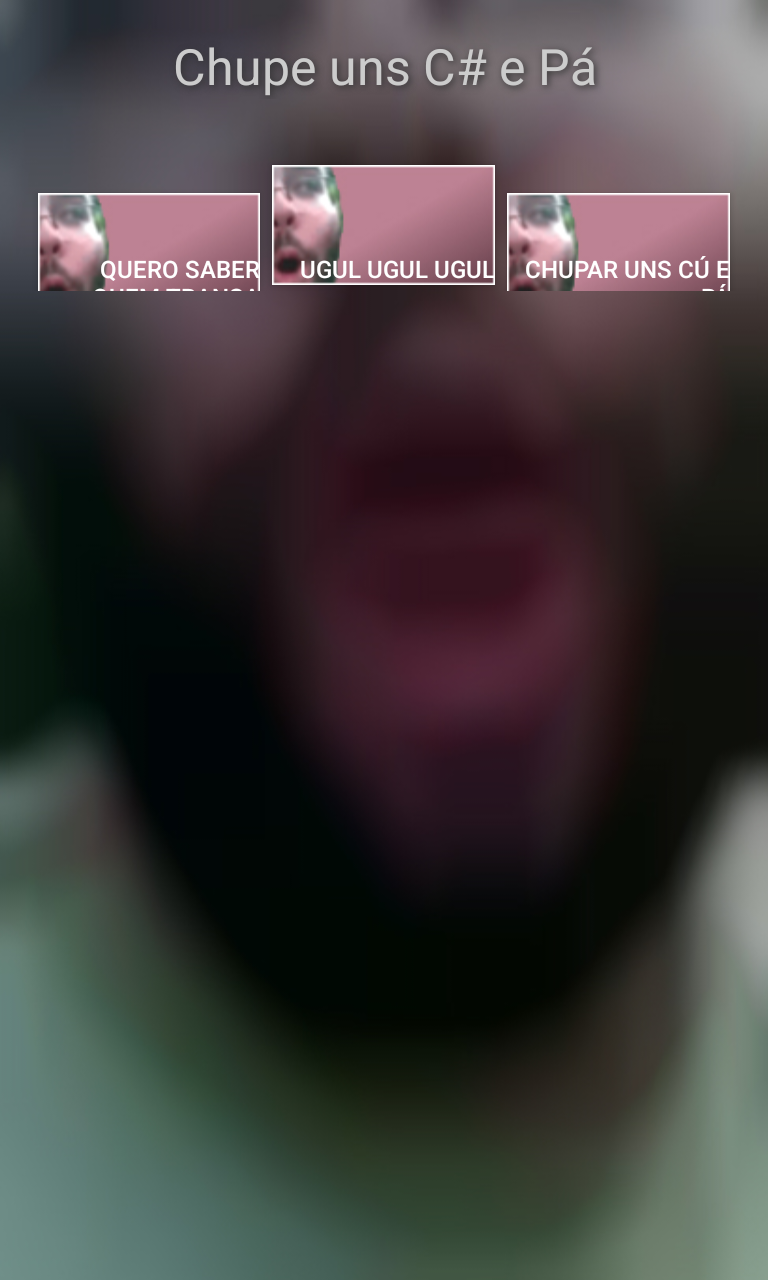
Repository: Cookahn/bioca_sounds
Layout: ChicoBiocaApp/res/layout/remix_activity.xml
The author's editor kept a copy of each file at every save. The layout is drawn from the files as they stood at one save, then again after the next save.
It is drawn on a 768 x 1280 px phone screen (xhdpi) without system bars, with theme AppTheme; the app's code is not run.

Above is the layout before, as saved 2014-08-12 14:30:20.

### ChicoBiocaApp/res/layout/remix_activity.xml
<?xml version="1.0" encoding="utf-8"?>
<LinearLayout xmlns:android="http://schemas.android.com/apk/res/android"
    android:layout_width="match_parent"
    android:layout_height="match_parent"
    android:background="@drawable/backgroundtofuck"
    android:orientation="vertical"
    android:paddingBottom="@dimen/activity_vertical_margin"
    android:paddingLeft="@dimen/activity_horizontal_margin"
    android:paddingRight="@dimen/activity_horizontal_margin"
    android:paddingTop="@dimen/activity_vertical_margin" >

    <TextView
        android:layout_width="match_parent"
        android:layout_height="wrap_content"
        android:layout_marginBottom="30dp"
        android:gravity="center_horizontal"
        android:shadowColor="#333"
        android:shadowDx="2"
        android:shadowDy="2"
        android:shadowRadius="6"
        android:text="Chupe uns C# e Pá"
        android:textColor="#ccc"
        android:textSize="25sp" />

    <LinearLayout
        android:layout_width="match_parent"
        android:layout_height="wrap_content"
        android:orientation="horizontal"
        android:weightSum="3" >

        <Button
            android:layout_width="0dp"
            android:layout_height="wrap_content"
            android:layout_margin="3dp"
            android:layout_weight="1"
            android:background="@drawable/button_song"
            android:gravity="right|bottom"
            android:text="Quero saber quem transa"
            android:textColor="#fff"
            android:textSize="12sp" />

        <Button
            android:layout_width="0dp"
            android:layout_height="wrap_content"
            android:layout_margin="3dp"
            android:layout_weight="1"
            android:background="@drawable/button_song"
            android:gravity="right|bottom"
            android:text="ugul ugul ugul"
            android:textColor="#fff"
            android:textSize="12sp" />

        <Button
            android:layout_width="0dp"
            android:layout_height="wrap_content"
            android:layout_margin="3dp"
            android:layout_weight="1"
            android:background="@drawable/button_song"
            android:gravity="right|bottom"
            android:text="Chupar uns Cú e Pá"
            android:textColor="#fff"
            android:textSize="12sp" />
    </LinearLayout>

</LinearLayout>

Loaded but not shown: ChicoBiocaApp/res/values/styles.xml (common file); ChicoBiocaApp/res/values-v11/styles.xml (common file); ChicoBiocaApp/res/values-v14/styles.xml (common file); ChicoBiocaApp/res/values/dimens.xml (common file); ChicoBiocaApp/res/values-w820dp/dimens.xml (common file)

After the next save:
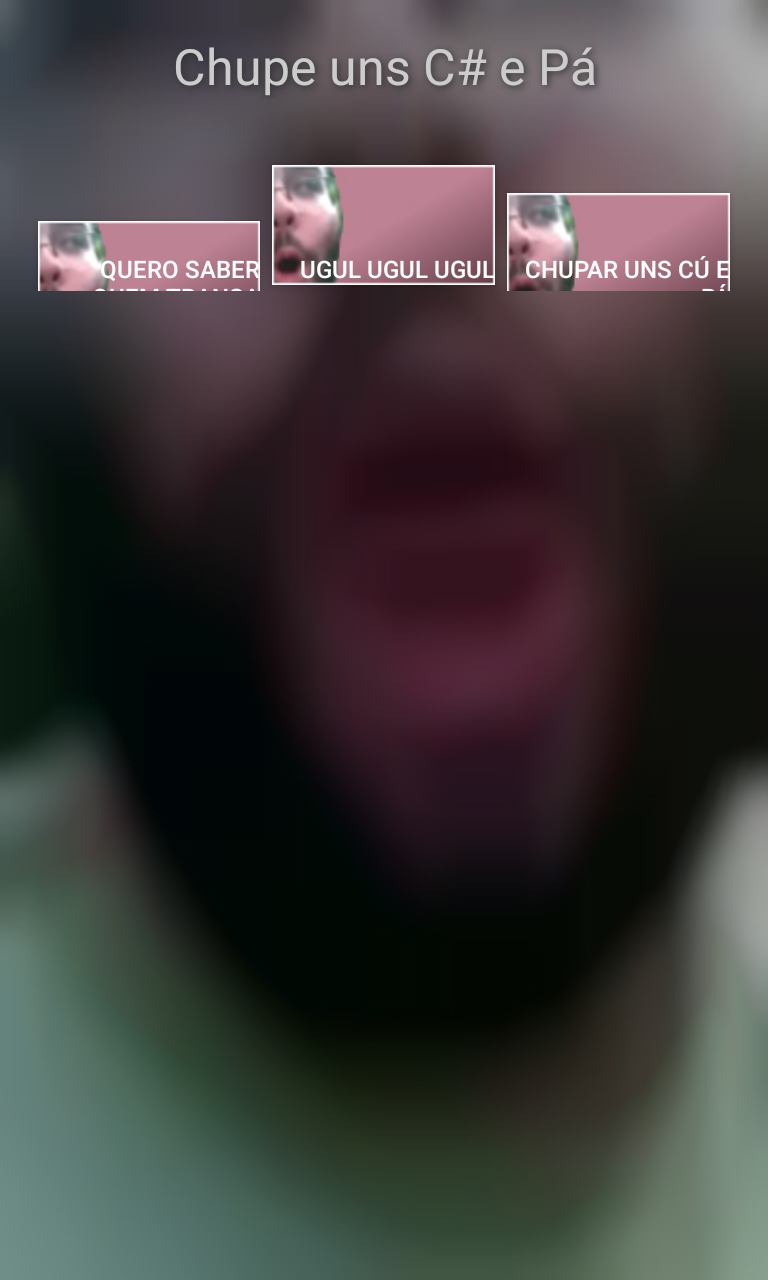
Saved 31 s later.
--- a/ChicoBiocaApp/res/layout/remix_activity.xml
+++ b/ChicoBiocaApp/res/layout/remix_activity.xml
@@ -35,7 +35,7 @@
             android:layout_weight="1"
             android:background="@drawable/button_song"
             android:gravity="right|bottom"
-            android:text="Quero saber quem transa"
+            android:text="Quero saber quem transa nessa Porra"
             android:textColor="#fff"
             android:textSize="12sp" />
 
